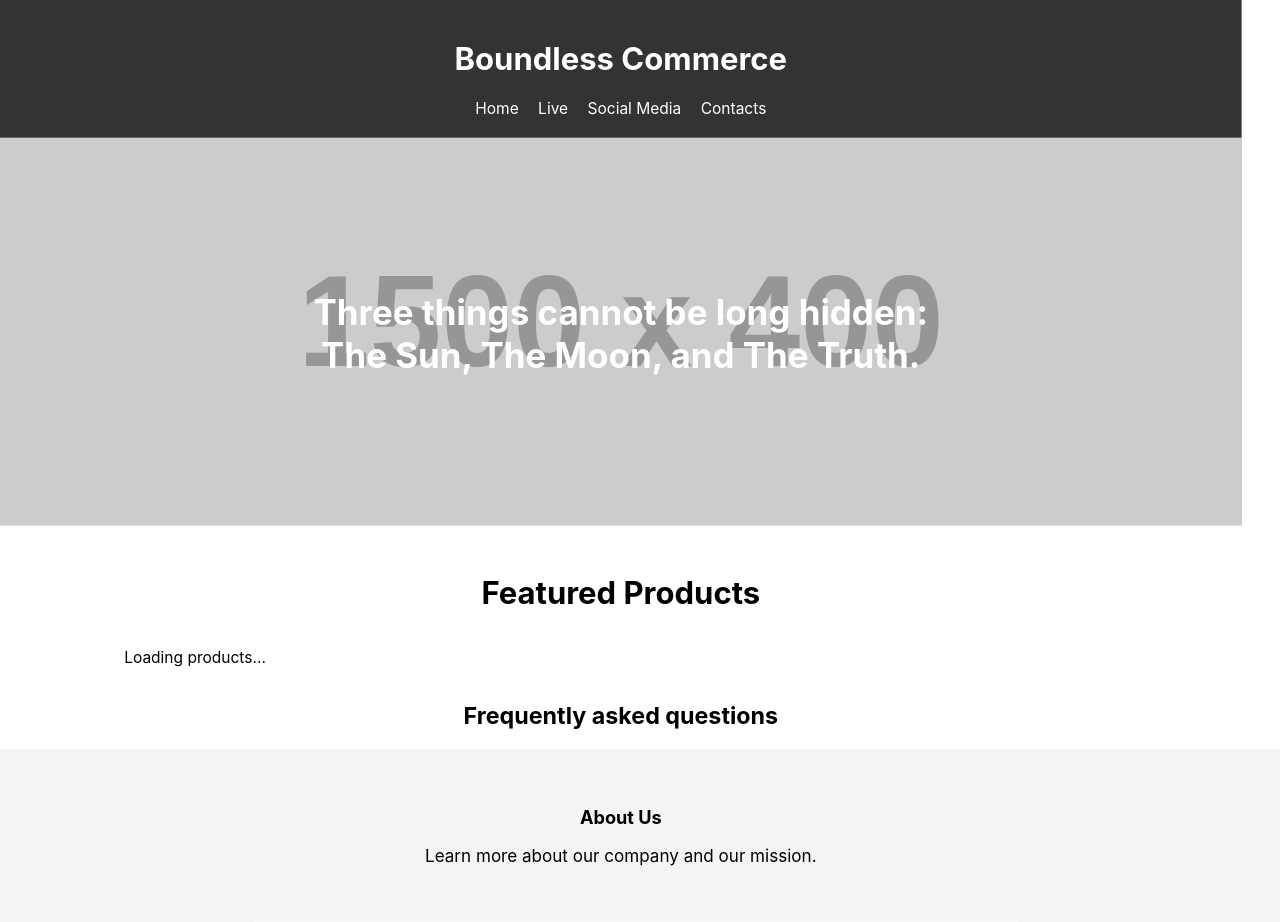
Repository: Nn-Exe/chunar-ecommerce
Page: / (app in ecommerce-frontend/)
An editor plug-in stored every save of this project. The page is shown before and after the next save, followed by the edit.
The browser window is 1280 px wide. The page is 1320 px wide, so the pictures cover 1320 px, including what lies to the right of the window. The pictures show the whole page, at 97% of full size.
The page's requests for data from a server got no answer. The project was rebuilt for these pictures with package versions that can differ from the ones it lists, and the page was loaded fresh each time. No one was signed in, and anything a server would have sent is missing.

Above is the page before, as saved 2024-09-11 12:01:21.

After the next save:
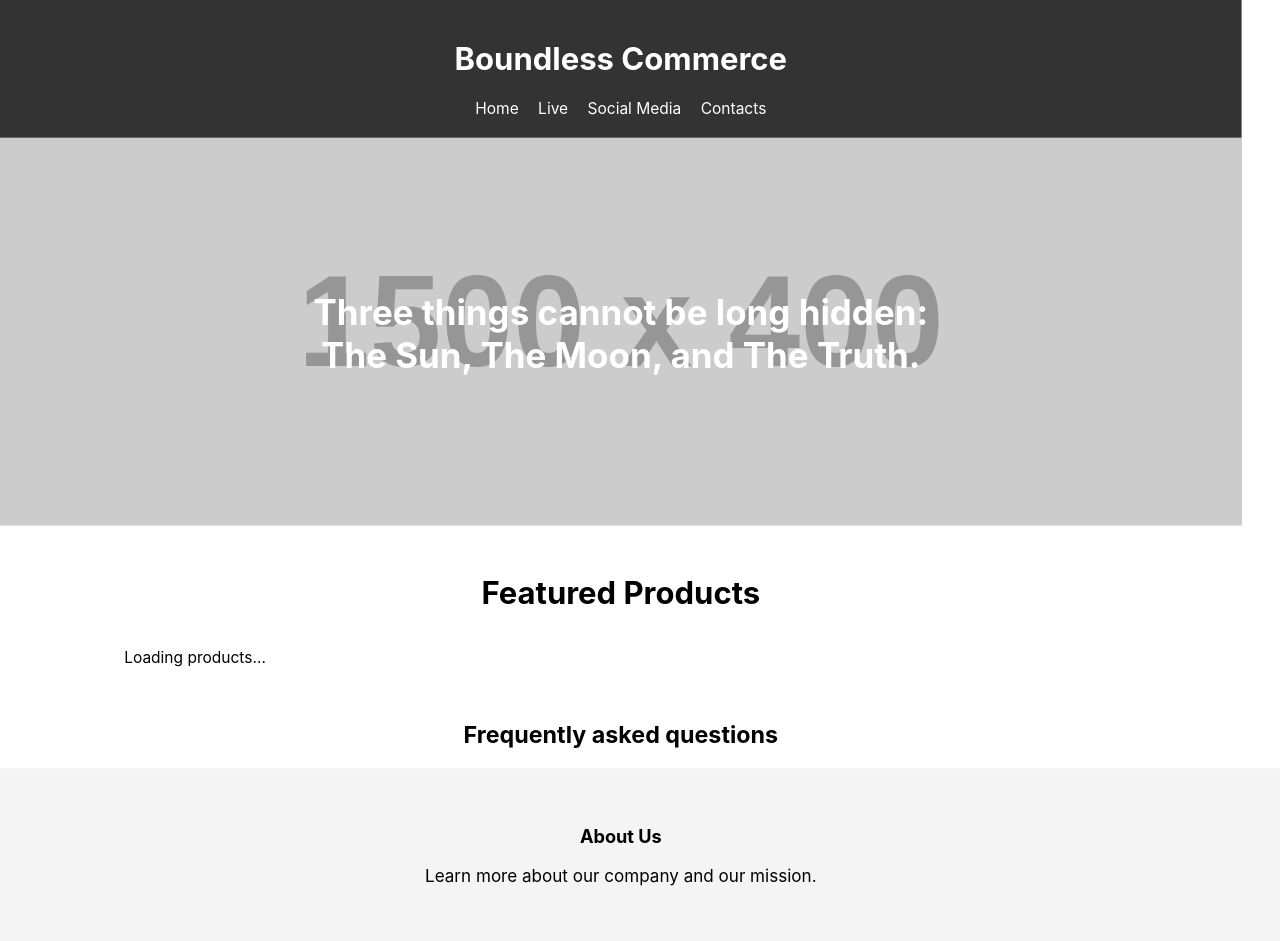
Saved 28 s later.
--- a/ecommerce-frontend/src/App.js
+++ b/ecommerce-frontend/src/App.js
@@ -24,6 +24,8 @@ function Home({ products }) {
           <ProductList products={products} />
         </div>
       </section>
+
+      <br></br>
 
       <div>
         <h2>Frequently asked questions</h2>
